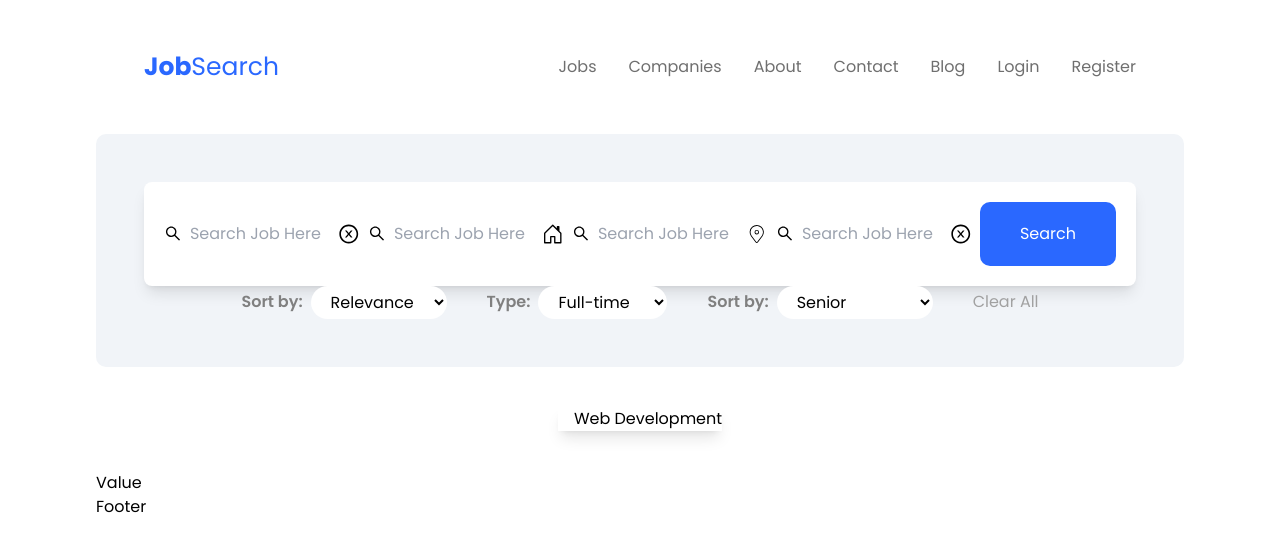
Repository: countaustin1990/Job-Search-website
Page: / (app in vite-project/)
An editor plug-in stored every save of this project. The page is shown before and after the next save, followed by the edit.
The browser window is 1280 px wide. The pictures show the whole page.
The project was rebuilt for these pictures with package versions that can differ from the ones it lists, and the page was loaded fresh each time. Also part of the build but not shown: vite-project/vite.config.js.

Above is the page before, as saved 2023-08-12 18:34:02.

### vite-project/index.html
<!doctype html>
<html lang="en">
  <head>
    <meta charset="UTF-8" />
    <link rel="icon" type="image/svg+xml" href="/vite.svg" />
    <meta name="viewport" content="width=device-width, initial-scale=1.0" />
    <title>Vite + React</title>
  </head>
  <body>
    <div id="root"></div>
    <script type="module" src="/src/main.jsx"></script>
  </body>
</html>

### vite-project/src/App.jsx
import NavBar from './components/NavBar'
import Job from './components/Job'
import Value from './components/Value'
import Search from './components/Search'
import Footer from './components/Footer'

const App = () => {
  return(
    <div className='w-[85%] m-auto bg-white'>
      <NavBar/>
      <Search/>
      <Job/>
      <Value/>
      <Footer/>
    </div>
  )
}



export default App

### vite-project/src/index.css
@import url("https://fonts.googleapis.com/css2?family=Poppins:wght@200;300;400;500;600;700;800;900&display=swap");

@tailwind base;
@tailwind components;
@tailwind utilities;

:root{
  font-family: 'Poppins', sans-serif;
}

body{
  background: white;
}

li{
  list-style: none;
  cursor: pointer;
  position: relative;
}

li:hover::before{
  position: absolute;
  content: '';
  height: 4px;
  width: 100%;
  background: #2a68ff;
  right: 0;
  bottom: -10px;
  color: #2a68ff;
}

.icon{
  cursor: pointer;
}

.card{
  background: #000;
}

### vite-project/src/components/NavBar.jsx


const NavBar = () => {
    return(
        <div className='navBar flex justify-between items-center p-[3rem]'>
            <div className="logoDiv">
                <h1 className='logo text-[25px] text-blueColor'>
                    <strong>Job</strong>Search
                </h1>
            </div>

            <div className="menu flex gap-8">
                <li className="menuList text-[#6f6f6f] hover:text-blueColor">Jobs</li>
                <li className="menuList text-[#6f6f6f] hover:text-blueColor">Companies</li>
                <li className="menuList text-[#6f6f6f] hover:text-blueColor">About</li>
                <li className="menuList text-[#6f6f6f] hover:text-blueColor">Contact</li>
                <li className="menuList text-[#6f6f6f] hover:text-blueColor">Blog</li>
                <li className="menuList text-[#6f6f6f] hover:text-blueColor">Login</li>
                <li className="menuList text-[#6f6f6f] hover:text-blueColor">Register</li>
            </div>

        </div>
    )
}

export default NavBar

### vite-project/src/components/Job.jsx


 const Job = () => {
    return(
        <div>

            <div className='jobContainer flex gap-10 justify-center flex-wrap items-center py-10'>

                <div className='group group/items singleJob w-[20] bg-white rounded[10px] hover:bg-blueColor shadow-lg shadow-greyIsh-400/700 hover:shadow-lg'>
                    <span className='flex justify-between items-center gap-4'>
                        <h1 className='text-[16px] font-semibold text-textColor group-hover:text-white'/>Web Development
                    </span>
                </div>
            </div>
        </div>
    )
 }

 export default Job

### vite-project/src/components/Value.jsx


const Value = () => {
    return(
        <div>Value</div>
    )
}

export default Value

### vite-project/src/components/Search.jsx
import { AiOutlineCloseCircle, AiOutlineSearch,  } from 'react-icons/ai'
import { BsHouseDoor } from 'react-icons/bs'
import { CiLocationOn } from 'react-icons/ci'


const Search = () => {
    return(
        <div className='SearchDiv grid gp-10 bg-greyIsh rounded-[10px] p-[3rem]'>
            <form action=''>
                <div className='firstDiv flex justified-between items-center rounded-[8px] gap-[10px] bg-white p-5 shadow-lg shadow-greyIsh-700'>
                    <div className='flex gap-2 items-center'>
                       <div className="flex gap-2 items-center">
                            <AiOutlineSearch className='text-[25px] icon'/>
                                <input type="text" className='bg-transparent text-blue-500 focus:outline-none w-[100%]' placeholder='Search Job Here'/>
                                    <AiOutlineCloseCircle className='text-[30px] text-[#a5a6a6 hover:text-textColor icon'/>
                        </div>


                       <div className="flex gap-2 items-center">
                            <AiOutlineSearch className='text-[25px] icon'/>
                                <input type="text" className='bg-transparent text-blue-500 focus:outline-none w-[100%]' placeholder='Search Job Here'/>
                                    <BsHouseDoor className='text-[30px] text-[#a5a6a6 hover:text-textColor icon'/>
                        </div>

                        <div className="flex gap-2 items-center">
                            <AiOutlineSearch className='text-[25px] icon'/>
                                <input type="text" className='bg-transparent text-blue-500 focus:outline-none w-[100%]' placeholder='Search Job Here'/>
                                    <CiLocationOn className='text-[30px] text-[#a5a6a6 hover:text-textColor icon'/>
                        </div>

                        <div className="flex gap-2 items-center">
                            <AiOutlineSearch className='text-[25px] icon'/>
                                <input type="text" className='bg-transparent text-blue-500 focus:outline-none w-[100%]' placeholder='Search Job Here'/>
                                    <AiOutlineCloseCircle className='text-[30px] text-[#a5a6a6 hover:text-textColor icon'/>
                        </div>

                        <button className='bg-blueColor h-full p-5 px-10 rounded-[10px] text-white cursor-pointer hover:bg-blue-300'>
                            Search
                        </button>
                    </div>
                </div>
            </form>

            <div className='secDiv flex items-center gap-10 justify-center'>
                <div className='singleSearch flex items-center gap-2'>
                    <label htmlFor='relevance' className='text-[#808080] font-semibold'>
                        Sort by:
                    </label>

                    <select name='' id='relevance' className='bg-white rounded-[34px] px-4 py-1'>
                        <option value=''>Relevance</option>
                        <option value=''>Inclusive</option>
                        <option value=''>Start with</option>
                        <option value=''>Contains</option>
                    </select>
                </div>

                <div className='singleSearch flex items-center gap-2'>
                    <label htmlFor='type' className='text-[#808080] font-semibold'>
                        Type:
                    </label>

                    <select name='' id='type' className='bg-white rounded-[34px] px-4 py-1'>
                        <option value=''>Full-time</option>
                        <option value=''>Remote</option>
                        <option value=''>Contract</option>
                        <option value=''>Part-time</option>
                    </select>
                </div>

                <div className='singleSearch flex items-center gap-2'>
                    <label htmlFor='level' className='text-[#808080] font-semibold'>
                        Sort by:
                    </label>

                    <select name='' id='level' className='bg-white rounded-[34px] px-4 py-1'>
                        <option value=''>Senior</option>
                        <option value=''>Intermediate</option>
                        <option value=''>Beginner</option>
                        <option value=''>Advocate</option>
                    </select>
                </div>

                <span className='text-[#a1a1a1] cursor-pointer'>
                    Clear All
                </span>

            </div>
        </div>
    )
}

export default Search

### vite-project/src/components/Footer.jsx


const Footer = () => {
    return(
        <div>Footer</div>
    )
}

export default Footer

### vite-project/tailwind.config.js
/** @type {import('tailwind').Config} */
export default {
  content: [
    "./index.html",
    "./src/**/*.{js,jsx}",
  ],
  theme: {
    extend: {
      colors: {
      'blueColor': '#2a68ff',
      'greyIsh': '#f1f4f8',
      'cardShadow': '#f7f8f9',
      'textColor': '#252b36',
      }
    },
  },
  plugins: [],
}

Loaded but not shown: vite-project/src/main.jsx (common file)

After the next save:
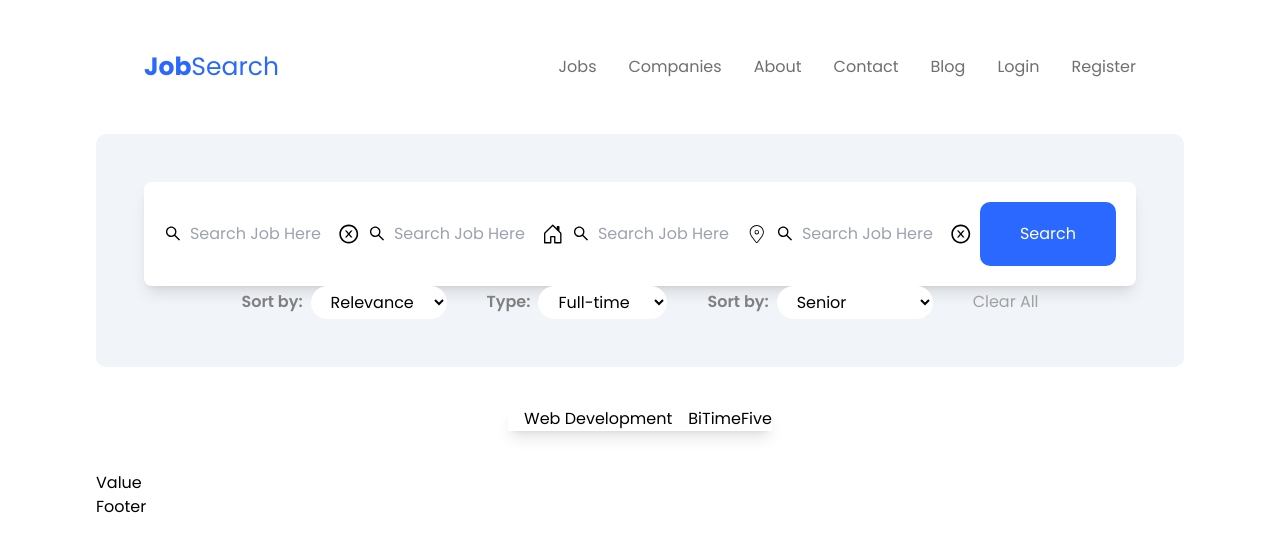
Saved 2 min 3 s later.
--- a/vite-project/src/components/Job.jsx
+++ b/vite-project/src/components/Job.jsx
@@ -9,6 +9,10 @@
                 <div className='group group/items singleJob w-[20] bg-white rounded[10px] hover:bg-blueColor shadow-lg shadow-greyIsh-400/700 hover:shadow-lg'>
                     <span className='flex justify-between items-center gap-4'>
                         <h1 className='text-[16px] font-semibold text-textColor group-hover:text-white'/>Web Development
+
+                        <span>
+                            BiTimeFive
+                        </span>
                     </span>
                 </div>
             </div>
